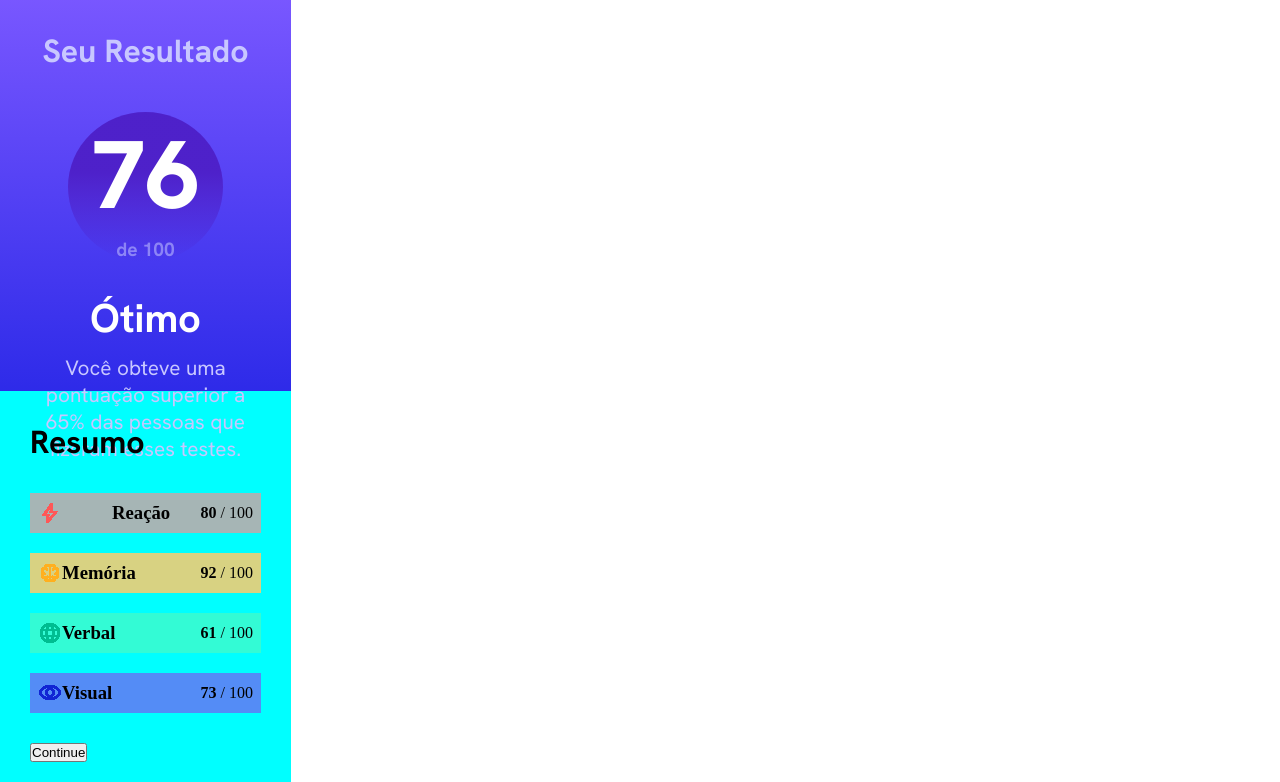
Repository: caique2512/resumo-de-resultados
Page: index.html
An editor plug-in stored every save of this project. The page is shown before and after a run of saves, followed by the edit.
The browser window is 1280 px wide. The pictures show the whole page.

Above is the page before, as saved 2026-03-13 17:11:41.

### index.html
<!DOCTYPE html>
<html lang="pt-br">
<head>
    <meta charset="UTF-8">
    <meta name="viewport" content="width=device-width, initial-scale=1.0">
    <title>Resumo de Resultados</title>
    <link rel="stylesheet" href="src/css/estilos.css">
    <link rel="stylesheet" href="src/css/reset.css">
</head>
<body>
    <main class="conteudo">
        <div class="principal">
            <h1 class="titulo">Seu Resultado</h1>
            <div class="circulo">
                <h2>76</h2>
                <p>de 100</p>
            </div>
            <h2 class="avaliacao">Ótimo</h2>
            <p class="subtitle">Você obteve uma pontuação superior a 65% das pessoas que fizeram esses testes.</p>
        </div>
        <div class="resultado">
            <h1 class="titulo1">Resumo</h1>
            <div class="classes">
                <div class="resumo1">
                    <div>
                        <img src="./src/images/raio.png" alt="Raio">
                        <h3>Reação</h3>
                    </div>
                    <p><strong>80</strong> / 100</p>
                </div>
                <div class="resumo2">
                    <div>
                        <img src="./src/images/memoria.png" alt="Memória">
                        <h3>Memória</h3>
                    </div>
                    <p><strong>92</strong> / 100</p>
                </div>
                <div class="resumo3">
                    <div>
                        <img src="./src/images/mensagem.png" alt="Mensagem">
                        <h3>Verbal</h3>
                    </div>
                    <p><strong>61</strong> / 100</p>
                </div>
                <div class="resumo4">
                    <div>
                        <img src="./src/images/olho.png" alt="olho">
                        <h3>Visual</h3>
                    </div>
                    <p><strong>73</strong> / 100</p>
                </div>
            </div>
            <button class="btn-resumo">Continue</button>
        </div>
    </main>
</body>
</html>

### src/css/estilos.css
@import url('https://fonts.googleapis.com/css2?family=Hanken+Grotesk:ital,wght@0,100..900;1,100..900&display=swap');


.principal {
    background: linear-gradient(hsl(252, 100%, 67%), hsl(241, 81%, 54%));
    width: 291px;
    height: 391px;
    display: flex;
    flex-direction: column;
    align-items: center;
}

.titulo {
    color: hsl(241, 100%, 89%);
    font-family: "Hanken Grotesk";
    margin-top: 30px;
    font-size: 2rem;
}

.circulo {
    background: linear-gradient(hsla(256, 72%, 46%, 1) 40%, hsla(241, 72%, 46%, 0));
    width: 155px;
    height: 155px;
    border-radius: 50%;
    display: flex;
    align-items: center;
    justify-content: center;
    flex-direction: column;
    margin-top: 2.5rem;
}

.circulo h2 {
    font-size: 6rem;
    font-family: "Hanken Grotesk";
    font-weight: 800;
    color: hsl(0, 0%, 100%);
}

.circulo p {
    color: hsla(241, 100%, 89%, 0.538);
    font-family: "Hanken Grotesk";
    font-weight: 700;
    font-size: 1.2rem;
}

.principal .avaliacao {
    color: white;
    font-family: "Hanken Grotesk";
    margin-top: 30px;
    font-size: 2.5rem;

}

.principal .subtitle {
    color: hsl(241, 100%, 89%);
    font-family: "Hanken Grotesk";
    width: 230px;
    display: flex;
    text-align: center;
    margin: 10px;
    font-size: 1.3rem;
}

.resultado {
    background-color: aqua;
    width: 291px;
    height: 391px;
    padding: 30px;
}

.resultado .titulo1 {
    color: #000000;
    font-family: "Hanken Grotesk";
}

.resultado .classes {
    display: flex;
    flex-direction: column;
    gap: 20px;
    margin: 30px 0px;
}

.resultado .classes .resumo1 div {
    display: flex;
    align-items: center;
    gap: 50px;
}

.resultado .classes .resumo1{
    display: flex;
    align-items: center;
    justify-content: space-between;
    background-color: hsla(0, 90%, 77%, 0.667);
    padding: 8px;
}

.resultado .classes .resumo2 div {
    display: flex;
    align-items: center;
}

.resultado .classes .resumo2{
    display: flex;
    align-items: center;
    justify-content: space-between;
    background-color: hsla(39, 97%, 71%, 0.853);
    padding: 8px;
}

.resultado .classes .resumo3 div {
    display: flex;
    align-items: center;
}

.resultado .classes .resumo3{
    display: flex;
    align-items: center;
    justify-content: space-between;
    background-color: hsla(166, 96%, 61%, 0.851);
    padding: 8px;
}

.resultado .classes .resumo4 div {
    display: flex;
    align-items: center;
}

.resultado .classes .resumo4{
    display: flex;
    align-items: center;
    justify-content: space-between;
    background-color: hsla(234, 88%, 68%, 0.829);
    padding: 8px;
}

### src/css/reset.css


* {
    margin: 0;
    padding: 0;
    box-sizing: border-box;
}

After the next 2 saves:
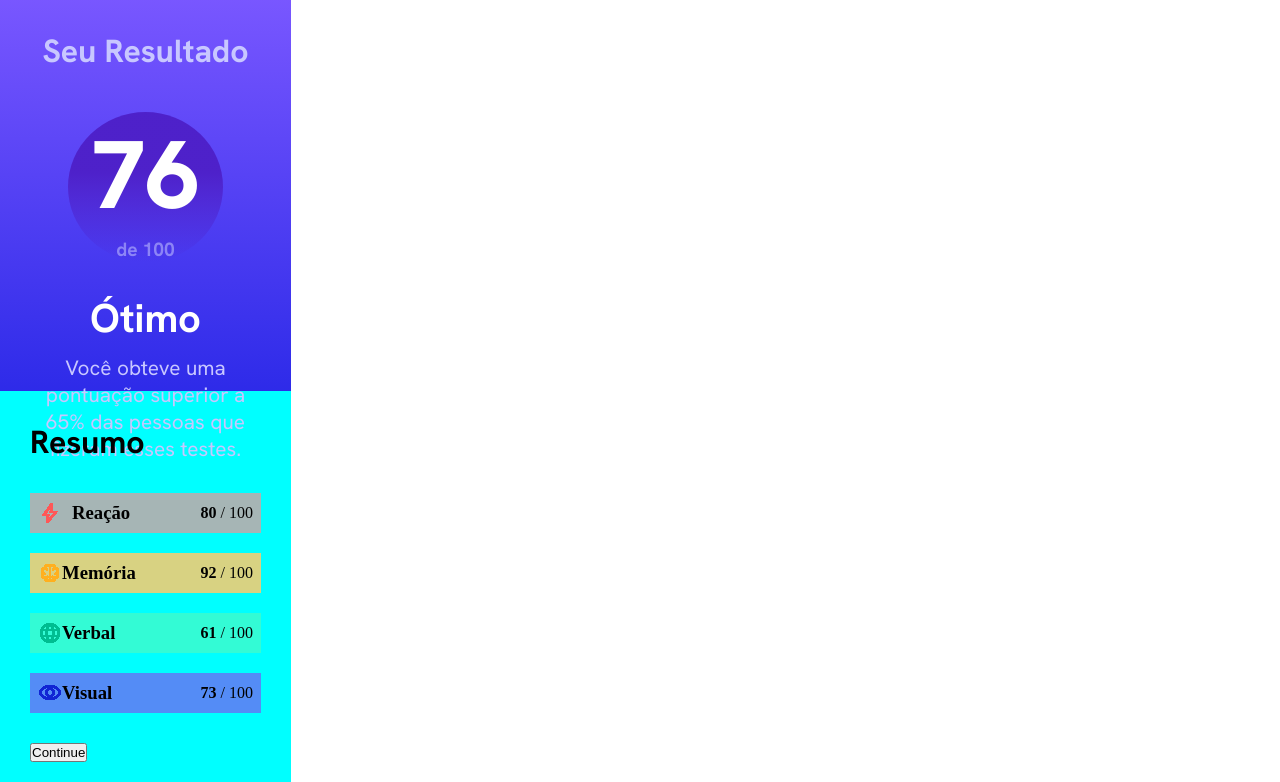
The 2 saves are shown as one change because they came seconds apart.
The last was saved 9 s later.
--- a/src/css/estilos.css
+++ b/src/css/estilos.css
@@ -83,7 +83,7 @@
 .resultado .classes .resumo1 div {
     display: flex;
     align-items: center;
-    gap: 50px;
+    gap: 10px;
 }
 
 .resultado .classes .resumo1{
